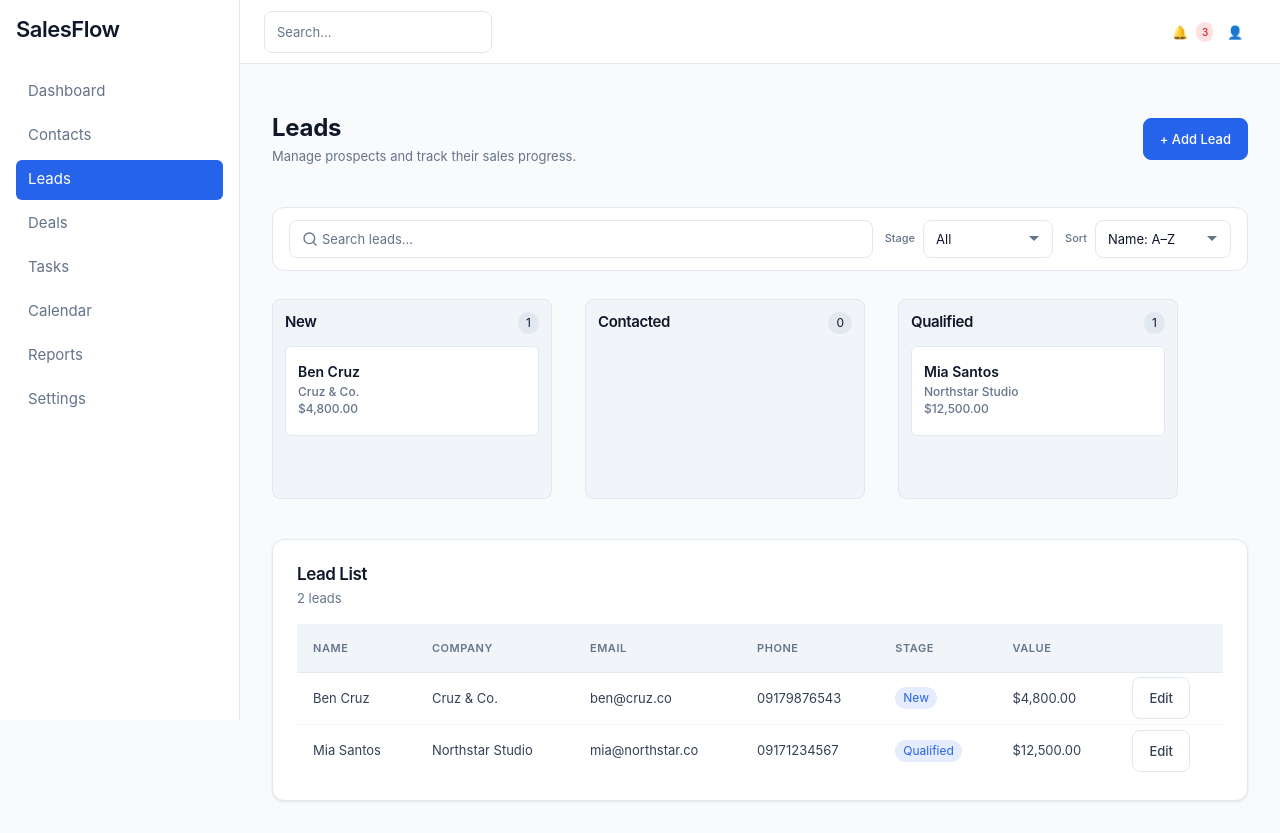
Repository: lawrencegonzaga-dev/salesflow-crm
Page: /leads
The author's editor kept a copy of each file at every save. The page is drawn from the files as they stood at one save, then again after the next save.
The browser window is 1280 px wide. The pictures show the whole page.
The project was rebuilt for these pictures with package versions that can differ from the ones it lists, and the page was loaded fresh each time. Also part of the build but not shown: vite.config.js, src/components/StatCard.jsx, src/components/DashboardLeads.jsx, src/components/DashboardDeals.jsx, src/components/DashboardTasks.jsx, src/components/RecentActivity.jsx, src/pages/Dashboard.jsx, src/components/ContactForm.jsx and 22 more.

Above is the page before, as saved 2026-08-18 21:53:45.

### index.html
<!doctype html>
<html lang="en">
  <head>
    <meta charset="UTF-8" />
    <link rel="icon" type="image/svg+xml" href="/favicon.svg" />
    <meta name="viewport" content="width=device-width, initial-scale=1.0" />
    <title>salesflow-crm</title>
  </head>
  <body>
    <div id="root"></div>
    <script type="module" src="/src/main.jsx"></script>
  </body>
</html>

### src/main.jsx
/* ========================================================= */
/* FILE: src/main.jsx */
/* ========================================================= */

import { StrictMode } from 'react';
import { createRoot } from 'react-dom/client';

import "./styles/main.css";
import App from './App.jsx';
import { CRMProvider } from "./context/CRMContext.jsx";

createRoot(document.getElementById('root')).render(
    <StrictMode>
        <CRMProvider>
            <App />
        </CRMProvider>
    </StrictMode>,
);

### src/styles/main.css
@import "./reset.css";
@import "./variables.css";
@import "./base.css";
@import "./layout.css";
@import "./utilities.css";

@import "./components/sidebar.css";
@import "./components/header.css";
@import "./components/toolbar.css";
@import "./components/button.css";
@import "./components/form.css";
@import "./components/card.css";
@import "./components/badge.css";
@import "./components/table.css";
@import "./components/modal.css";
@import "./components/kanban.css";
@import "./components/calendar.css";
@import "./components/leads.css";
@import "./components/tab.css";
@import "./components/pagination.css";
@import "./crm.css";

/* main.css */

### src/App.jsx
/* ========================================================= */
/* FILE: src/App.jsx */
/* ========================================================= */

import { BrowserRouter, Routes, Route } from "react-router-dom";

import Dashboard from "./pages/Dashboard";
import Contacts from "./pages/Contacts";
import Leads from "./pages/Leads";
import Deals from "./pages/Deals";
import Tasks from "./pages/Tasks";
import Calendar from "./pages/Calendar";
import Reports from "./pages/Reports";
import Settings from "./pages/Settings";
import AppLayout from "./layouts/AppLayout";

function App() {
    return (
        <BrowserRouter>
            <Routes>
                <Route element={<AppLayout />}>
                    <Route path="/" element={<Dashboard />} />
                    <Route path="/dashboard" element={<Dashboard />} />
                    <Route path="/contacts" element={<Contacts />} />
                    <Route path="/leads" element={<Leads />} />
                    <Route path="/deals" element={<Deals />} />
                    <Route path="/tasks" element={<Tasks />} />
                    <Route path="/calendar" element={<Calendar />} />
                    <Route path="/reports" element={<Reports />} />
                    <Route path="/settings" element={<Settings />} />
                </Route>
            </Routes>
        </BrowserRouter>
    );
}

export default App;

### src/styles/reset.css
*,
*::before,
*::after {
  box-sizing: border-box;
}

html {
  -webkit-text-size-adjust: 100%;
}

body {
  margin: 0;
  background: var(--color-page);
  color: var(--color-text);
  font-family: var(--font-family);
  font-size: 16px;
  line-height: 1.5;

  -webkit-font-smoothing: antialiased;
  text-rendering: optimizeLegibility;
}

#root {
  min-height: 100vh;
}

h1, h2, h3, h4, h5, h6, p {
  margin: 0;
}

img, svg, video {
  display: block;
  max-width: 100%;
}

a {
  color: inherit;
}

### src/styles/utilities.css
.container {
  width: min(100%, var(--content-max-width));
  margin-inline: auto;
}

.visually-hidden {
  position: absolute;
  width: 1px;
  height: 1px;
  padding: 0;
  margin: -1px;
  overflow: hidden;
  clip: rect(0, 0, 0, 0);
  white-space: nowrap;
  border: 0;
}

### src/styles/components/sidebar.css
.app-sidebar {
  width: var(--sidebar-width);
  height: 100vh;

  padding: var(--sidebar-padding);

  display: flex;
  flex-direction: column;

  background: var(--color-surface);
  border-right: 1px solid var(--color-border);
  color: var(--color-text);
}

.app-sidebar h2 {
  margin: 0 0 28px;
  font-size: 22px;
  letter-spacing: -.5px;
}

.sidebar-nav {
  display: flex;
  flex-direction: column;
  gap: 4px;

  overflow-y: auto;
}

.sidebar-nav_item {
  min-height: var(--nav-item-height);

  display: flex;
  align-items: center;

  padding: var(--nav-item-padding);
  gap: var(--nav-item-gap);

  color: var(--color-text-muted);
  text-decoration: none;
  border-radius: var(--radius-sm);

  transition: background var(--transition-fast), color var(--transition-fast);
}

.sidebar-nav_item:hover {
  background: var(--color-surface-muted);
  color: var(--color-text);
}

.sidebar-nav_item.active {
  background: var(--color-action);
  color: white;
}

### src/styles/components/header.css
.app-header {
  height: var(--header-height);

  display: flex;
  align-items: center;
  justify-content: space-between;

  padding: var(--header-padding);

  background: var(--color-surface);
  border-bottom: 1px solid var(--color-border);
  color: var(--color-text);
}

.app-header_left,
.app-header_right {
  display: flex;
  align-items: center;
  gap: var(--header-item-gap);
}

.menu-button {
  display: none;
}

@media (max-width: 768px) {
  .app-header {
    padding: 0 16px;
  }

  .app-header_right {
    display: none;
  }

  .menu-button {
    display: inline-grid;
    width: 40px;
    height: 40px;
    place-items: center;
    padding: 0;
    font-size: 20px;
    border-radius: var(--radius-sm);
  }
}
/* header.css */

### src/styles/components/toolbar.css
/* ========================================================= */
/* FILE: src/styles/components/toolbar.css */
/* ========================================================= */

.toolbar {
  display: flex;
  flex-wrap: wrap;
  align-items: center;
  gap: var(--space-3);
  padding: var(--space-3) var(--space-4);
  background: var(--color-surface);
  border: 1px solid var(--color-border);
  border-radius: var(--radius-lg);
}

.toolbar .search-field {
  flex: 1 1 260px;
  min-width: 160px;
}

.toolbar .search-field input {
  min-height: 38px;
  height: 38px;
  padding-left: var(--space-8);
  background-image: url("data:[embedded picture, 278 characters]");
  background-repeat: no-repeat;
  background-position: var(--space-3) center;
  background-size: 16px;
}

.toolbar .filter-group {
  display: flex;
  align-items: center;
  gap: var(--space-2);
}

.toolbar .filter-group label {
  font-size: var(--text-xs);
  font-weight: var(--font-weight-medium);
  color: var(--color-text-muted);
  white-space: nowrap;
}

.toolbar select {
  min-height: 38px;
  height: 38px;
  min-width: 130px;
}

/* ================================
   TOOLBAR VARIANTS
   ================================ */

.toolbar--compact {
  padding: var(--space-2) var(--space-3);
  gap: var(--space-2);
}

.toolbar--compact select {
  min-height: 34px;
  height: 34px;
  min-width: 110px;
  font-size: var(--text-xs);
}

.toolbar--compact .search-field input {
  min-height: 34px;
  height: 34px;
  font-size: var(--text-xs);
}

/* ================================
   PAGE TOOLBAR
   ================================ */

.page-toolbar {
  display: flex;
  align-items: center;
  justify-content: space-between;
  gap: var(--space-4);
  flex-wrap: wrap;
}

.page-toolbar-left,
.page-toolbar-right {
  display: flex;
  align-items: center;
  gap: var(--space-3);
  flex-wrap: wrap;
}

/* ================================
   RESPONSIVE
   ================================ */

@media (max-width: 768px) {
  .toolbar {
    flex-direction: column;
    align-items: stretch;
  }

  .toolbar .search-field {
    flex: 1 1 auto;
    min-width: auto;
  }

  .toolbar .filter-group {
    flex-wrap: wrap;
  }

  .toolbar select {
    flex: 1 1 auto;
    min-width: auto;
  }

  .page-toolbar {
    flex-direction: column;
    align-items: stretch;
  }

  .page-toolbar-left,
  .page-toolbar-right {
    flex-wrap: wrap;
  }
}

/* toolbar.css */

### src/styles/components/badge.css
/* ========================================================= */
/* FILE: src/styles/components/badge.css */
/* ========================================================= */

.badge {
  display: inline-flex;
  align-items: center;
  gap: var(--space-1);
  min-height: 24px;
  padding: 0 var(--space-2-5);
  font-size: var(--text-xs);
  font-weight: var(--font-weight-medium);
  line-height: 1;
  border-radius: var(--radius-full);
  white-space: nowrap;
  transition: all var(--transition-fast);
}

/* ================================
   BADGE VARIANTS
   ================================ */

.badge--primary {
  color: var(--color-action);
  background: var(--color-action-light);
}

.badge--success {
  color: var(--color-success);
  background: var(--color-success-light);
}

.badge--warning {
  color: var(--color-warning);
  background: var(--color-warning-light);
}

.badge--danger {
  color: var(--color-danger);
  background: var(--color-danger-light);
}

.badge--info {
  color: var(--color-info);
  background: var(--color-info-light);
}

.badge--neutral {
  color: var(--color-text-muted);
  background: var(--color-surface-muted);
}

.badge--dark {
  color: var(--color-text-inverse);
  background: var(--color-text);
}

/* ================================
   BADGE SIZES
   ================================ */

.badge--sm {
  min-height: 20px;
  padding: 0 var(--space-1-5);
  font-size: 10px;
}

.badge--lg {
  min-height: 28px;
  padding: 0 var(--space-3-5);
  font-size: var(--text-sm);
}

/* ================================
   DOT BADGE
   ================================ */

.badge--dot {
  padding-left: var(--space-1-5);
}

.badge--dot::before {
  content: "";
  display: inline-block;
  width: 6px;
  height: 6px;
  border-radius: 50%;
  margin-right: var(--space-1);
}

.badge--primary.badge--dot::before {
  background: var(--color-action);
}

.badge--success.badge--dot::before {
  background: var(--color-success);
}

.badge--warning.badge--dot::before {
  background: var(--color-warning);
}

.badge--danger.badge--dot::before {
  background: var(--color-danger);
}

/* ================================
   BADGE WITH COUNT
   ================================ */

.badge--count {
  min-width: 24px;
  justify-content: center;
  padding: 0 var(--space-1-5);
  border-radius: var(--radius-full);
  font-size: var(--text-xs);
  font-weight: var(--font-weight-bold);
}

/* badge.css */

### src/styles/components/calendar.css
.calendar {
  width: 100%;
  min-width: 700px;
  border: 1px solid var(--color-border);
  border-radius: var(--radius-md);
  overflow: hidden;
}

.calendar_header {
  min-height: 48px;
  display: grid;
  grid-template-columns: repeat(7, 1fr);

  border: 1px solid var(--color-border);
}

.calendar_day-name {
  min-height: 48px;

  display: flex;
  align-items: center;
  justify-content: center;

  padding-inline: 8px;

  font-size: 12px;
  font-weight: 600;
  color: var(--color-text-muted);
}

.calendar_grid {
  display: grid;
  grid-template-columns: repeat(7, 1fr);
}

.calendar_day {
  min-height: 100px;
  padding: 8px;

  border-right: 1px solid var(--color-border);
  border-left: 1px solid var(--color-border);
  border-bottom: 1px solid var(--color-border);

  transition: background var(--transition-fast);
}

.calendar_day:hover {
  background: var(--color-surface-muted);
}

.calendar_date {
  font-size: 14px;
}

.calendar-toolbar {
  display: flex;
  align-items: center;
  justify-content: space-between;
  gap: 16px;
}

.calendar-toolbar__actions {
  display: flex;
  flex-wrap: wrap;
  align-items: center;
  gap: 8px;
}

.calendar-month {
  min-width: 150px;
  text-align: center;
}

.calendar_day--outside {
  background: var(--color-surface-muted);
  color: var(--color-text-muted);
}

.calendar_day--today .calendar_date {
  display: inline-grid;
  width: 24px;
  height: 24px;
  place-items: center;
  color: #fff;
  background: var(--color-action);
  border-radius: 50%;
}

.calendar_day-events {
  display: grid;
  gap: 4px;
  margin-top: 7px;
}

.calendar-event {
  display: flex;
  overflow: hidden;
  align-items: center;
  border-radius: 4px;
  font-size: 11px;
}

.calendar-event__title {
  flex: 1;
  min-width: 0;
  height: auto;
  padding: 3px 5px;
  overflow: hidden;
  text-align: left;
  text-overflow: ellipsis;
  white-space: nowrap;
  border: 0;
  border-radius: 0;
}

.calendar-event__delete {
  min-height: 20px;
  padding: 0 4px;
  border: 0;
  border-radius: 0;
}

.calendar-event__delete:hover {
  color: var(--color-danger);
}

.calendar-event--task {
  background: color-mix(in srgb, var(--color-action) 20%, white);
}

.calendar-event--deal {
  background: color-mix(in srgb, var(--color-success) 20%, white);
}

.calendar-event--event {
  background: color-mix(in srgb, #a855f7 20%, white);
}

@media (max-width: 768px) {
  .calendar-toolbar {
    align-items: flex-start;
    flex-direction: column;
  }

  .calendar {
    overflow-x: auto;
  }
}

### src/styles/components/leads.css
.lead-pipeline {
  display: grid;
  grid-template-columns: repeat(3, 280px);
  gap: 33px;
  overflow-x: auto;
  padding: 4px 0 16px;
}

.lead-pipeline__stage {
  min-width: 190px;
  background: var(--color-surface-muted);
  border: 1px solid var(--color-border);
  border-radius: var(--radius-md);
  padding: 12px;
   min-height: 200px;
}

.lead-pipeline__stage header {
  display: flex;
  align-items: center;
  justify-content: space-between;
}

.lead-pipeline__stage h2 {
  font-size: 15px;
  margin: 0;
}

.lead-pipeline__stage header span {
  border-radius: var(--radius-full);
  background: var(--color-border);
  padding: 2px 8px;
  font-size: 12px;
}

.lead-pipeline__items {
  display: grid;
  gap: 8px;
  margin-top: 12px;
}

.lead-pipeline__card {
  display: block;
  width: 100%;
  text-align: left;
  padding: 12px;
  min-height: 90px;
  background: var(--color-surface);
  border: 1px solid var(--color-border);
  border-radius: var(--radius-sm);
  cursor: pointer;
  color: inherit;
  transition: border-color var(--transition-fast);
}

.lead-pipeline__card:hover,
.lead-pipeline__card:focus-visible {
  border-color: var(--color-action);
  outline: none;
}

.lead-pipeline__card h3 {
  margin: 0 0 4px;
  font-size: 14px;
}

.lead-pipeline__card p {
  font-size: 12px;
  margin: 2px 0;
  color: var(--color-text-muted);
}

.lead-table-wrap {
  overflow-x: auto;
}

.lead-table__empty {
  padding: 32px;
  text-align: center;
  color: var(--color-text-muted);
}

.lead-stage {
  display: inline-block;
  border-radius: var(--radius-full);
  background: color-mix(in srgb, var(--color-action) 12%, transparent);
  color: var(--color-action);
  padding: 2px 8px;
  font-size: 12px;
}
/* leads.css */

### src/styles/components/tab.css
.tabs {
    display: flex;
    gap: 24px;
    border-bottom: 1px solid var(--color-border);
    margin-bottom: 24px;
}

.tab {
    position: relative;

    padding: 12px 4px;

    border: 0;
    background: transparent;

    color: var(--color-text-muted);
    font: inherit;
    font-weight: 500;

    cursor: pointer;
}

.tab--active {
    color: var(--color-text);
}

.tab--active::after {
    content: "";

    position: absolute;
    left: 0;
    right: 0;
    bottom: -1px;

    height: 2px;

    background: currentColor;
}

.tab-count {
    margin-left: 8px;
    font-size: 0.875rem;
}

### src/styles/components/pagination.css
.pagination {
    display: flex;
    align-items: center;
    justify-content: space-between;

    padding: 16px 0 0;
    margin-top: 16px;

    border-top: 1px solid var(--color-border);
}

.pagination-pages {
    display: flex;
    gap: 4px;
}

.pagination-page {
    min-width: 36px;
    height: 36px;

    border: 1px solid var(--color-border);
    border-radius: var(--radius-md);

    background: transparent;

    cursor: pointer;
}

.pagination-page--active {
    background: var(--color-primary);
    color: white;
}

.pagination button:disabled {
    opacity: 0.5;
    cursor: not-allowed;
}

### src/layouts/AppLayout.jsx
/* ========================================================= */
/* FILE: src/layouts/AppLayout.jsx */
/* ========================================================= */

import { useState } from "react";
import { Outlet } from "react-router-dom";

import Sidebar from "../components/Sidebar";
import Header from "../components/Header";

function AppLayout() {
    const [isNavigationOpen, setIsNavigationOpen] = useState(false);

    return (
        <div className="app-layout">
            <Sidebar
                isOpen={isNavigationOpen}
                onNavigate={() => setIsNavigationOpen(false)}
            />

            <Header
                isNavigationOpen={isNavigationOpen}
                onMenuToggle={() => setIsNavigationOpen((isOpen) => !isOpen)}
            />

            <main className="app-main">
                <div className="app-main-content">
                    <Outlet />
                </div>
            </main>

            {isNavigationOpen && (
                <button
                    className="navigation-backdrop"
                    type="button"
                    aria-label="Close navigation"
                    onClick={() => setIsNavigationOpen(false)}
                />
            )}
        </div>
    );
}

export default AppLayout;

### src/components/LeadTable.jsx
import LeadRow from "./LeadRow";

function LeadTable({ leads, onDeleteLead, onEditLead }) {
    return <div className="lead-table-wrap"><table className="table"><thead><tr><th>Name</th><th>Company</th><th>Email</th><th>Phone</th><th>Stage</th><th>Value</th><th aria-label="Actions" /></tr></thead><tbody>{leads.length ? leads.map((lead) => <LeadRow key={lead.id} lead={lead} onDeleteLead={onDeleteLead} onEditLead={onEditLead} />) : <tr><td className="lead-table__empty" colSpan="7">No leads match your search or filter.</td></tr>}</tbody></table></div>;
}

export default LeadTable;

### src/components/LeadPipeline.jsx
const stages = ["New", "Contacted", "Qualified"];

function LeadPipeline({ leads, onEditLead }) {
  return (
    <div className="lead-pipeline">
      {stages.map((stage) => {
        const stageLeads = leads.filter((lead) => lead.stage === stage);

        return (
          <section className="lead-pipeline__stage" key={stage}>
            <header>
              <h2>{stage}</h2>
              <span>{stageLeads.length}</span>
            </header>

            <div className="lead-pipeline__items">
              {stageLeads.map((lead) => (
                <button
                  type="button"
                  className="lead-pipeline__card"
                  key={lead.id}
                  onClick={() => onEditLead(lead)}
                  title={`Edit ${lead.name}`}
                >
                  <h3>{lead.name}</h3>
                  <p>{lead.company}</p>
                  <p>
                    {Number(lead.value || 0).toLocaleString(undefined, {
                      style: "currency",
                      currency: "USD",
                    })}
                  </p>
                </button>
              ))}
            </div>
          </section>
        );
      })}
    </div>
  );
}

export default LeadPipeline;

### src/components/Sidebar.jsx
import { NavLink } from "react-router-dom";
import navigation from "../data/navigation";

function Sidebar({ isOpen, onNavigate }) {
    return (
        <aside className={`app-sidebar ${isOpen ? "app-sidebar--open" : ""}`}>
            <h2>SalesFlow</h2>

            <nav className="sidebar-nav">
                {navigation.map((item) => (
                    <NavLink
                        key={item.path}
                        to={item.path}
                        className="sidebar-nav_item"
                        onClick={onNavigate}
                    >
                        {item.label}
                    </NavLink>
                ))}
            </nav>
        </aside>
    );
}

export default Sidebar;

### src/components/Header.jsx
/* ========================================================= */
/* FILE: src/components/Header.jsx */
/* ========================================================= */

import { useState } from "react";

function Header({ isNavigationOpen, onMenuToggle }) {
    const [searchQuery, setSearchQuery] = useState("");

    return (
        <header className="app-header">
            <div className="app-header-left">
                <button
                    className="menu-button"
                    type="button"
                    aria-label="Toggle navigation"
                    aria-expanded={isNavigationOpen}
                    onClick={onMenuToggle}
                >
                    ☰
                </button>

                <div className="header-search">
                    <input
                        type="text"
                        placeholder="Search..."
                        value={searchQuery}
                        onChange={(e) => setSearchQuery(e.target.value)}
                        className="header-search-input"
                    />
                </div>
            </div>

            <div className="app-header-right">
                <button className="button button--ghost button--icon" aria-label="Notifications">
                    🔔
                    <span className="badge badge--danger badge--sm">3</span>
                </button>
                <button className="button button--ghost button--icon" aria-label="Profile">
                    👤
                </button>
            </div>
        </header>
    );
}

export default Header;

### src/components/LeadRow.jsx
function LeadRow({ lead, onDeleteLead, onEditLead }) {
    const value = Number(lead.value || 0).toLocaleString(undefined, {
        style: "currency",
        currency: "USD",
    });

    return (
        <tr>
            <td>{lead.name}</td>
            <td>{lead.company}</td>
            <td>{lead.email}</td>
            <td>{lead.phone || "—"}</td>
            <td>
                <span className="lead-stage">
                    {lead.stage}
                </span>
            </td>
            <td>{value}</td>
            <td>
                <button
                    type="button"
                    onClick={() => onEditLead(lead)}
                >
                    Edit
                </button>

                {/* <button
                    type="button"
                    onClick={() => onDeleteLead(lead.id)}
                >
                    Delete
                </button> */}
            </td>
        </tr>
    );
}

export default LeadRow;

Loaded but not shown: src/data/navigation.js (48 lines, source omitted); src/context/CRMContext.jsx (453 lines, source omitted); src/styles/crm.css (441 lines, source omitted); src/styles/variables.css (230 lines, source omitted); src/pages/Leads.jsx (161 lines, source omitted); src/styles/components/modal.css (221 lines, source omitted); src/styles/components/form.css (194 lines, source omitted); src/styles/layout.css (206 lines, source omitted); src/styles/components/button.css (158 lines, source omitted); src/styles/components/table.css (162 lines, source omitted); src/styles/base.css (167 lines, source omitted); src/styles/components/card.css (154 lines, source omitted); src/styles/components/kanban.css (161 lines, source omitted)

After the next save:
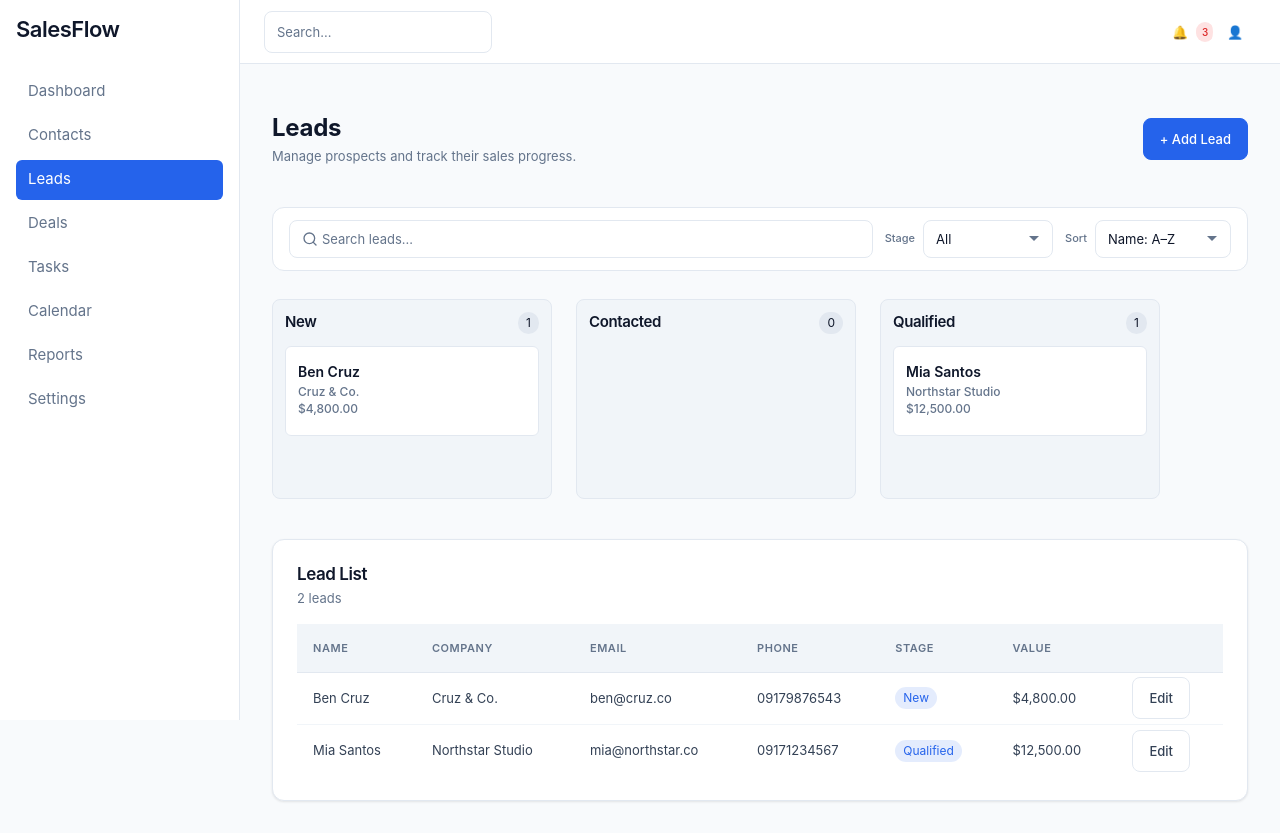
Saved 4 s later.
--- a/src/styles/components/leads.css
+++ b/src/styles/components/leads.css
@@ -1,7 +1,7 @@
 .lead-pipeline {
   display: grid;
   grid-template-columns: repeat(3, 280px);
-  gap: 33px;
+  gap: 24px;
   overflow-x: auto;
   padding: 4px 0 16px;
 }
